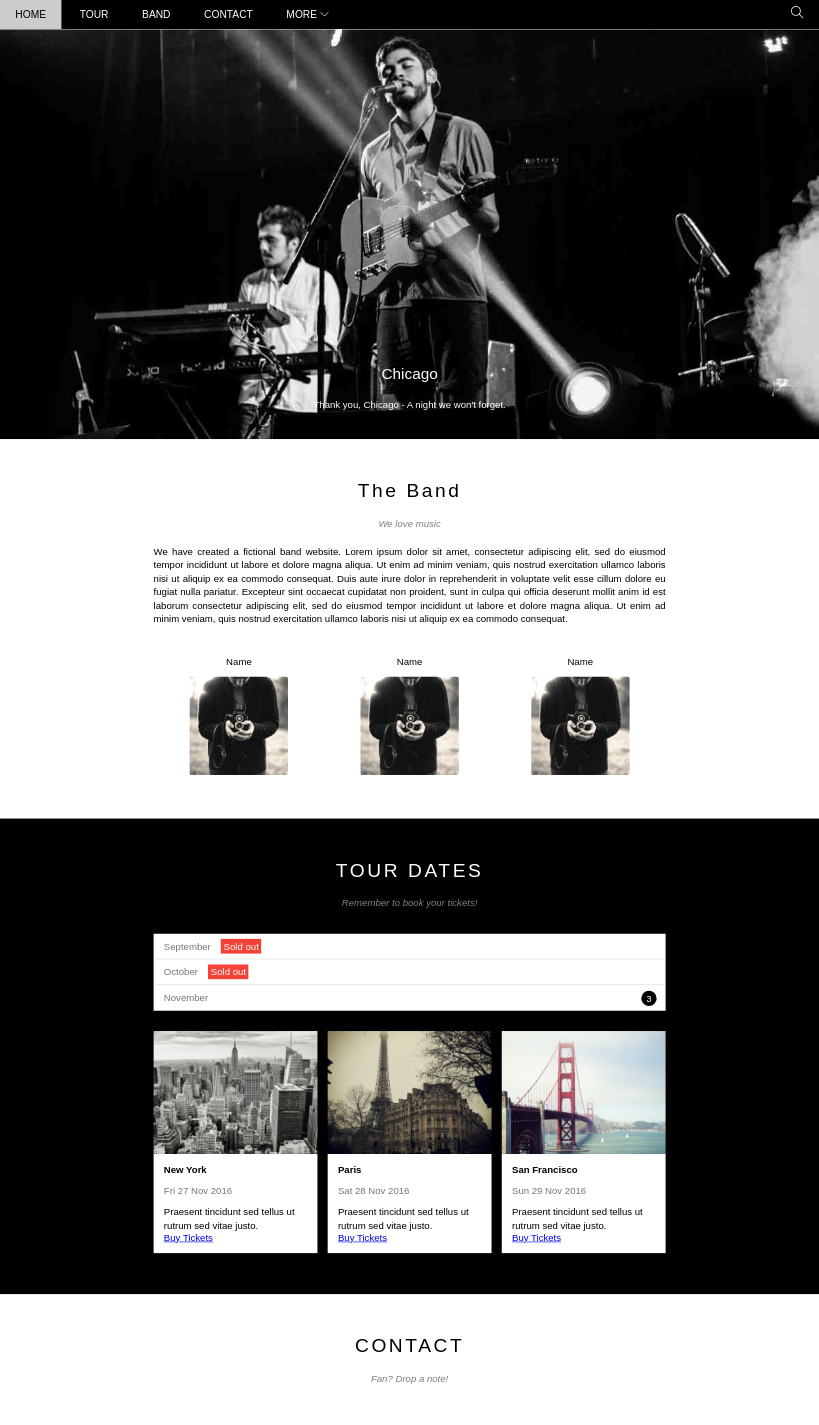
Repository: ducvui2003/LTCB
Page: index.html
An editor plug-in stored every save of this project. The page is shown before and after the next save, followed by the edit.
The browser window is 1280 px wide. The pictures show the whole page, at 64% of full size.

Above is the page before, as saved 2022-01-10 10:33:20.

### index.html
<!DOCTYPE html>
<html lang="en">

<head>
    <meta charset="UTF-8">
    <meta http-equiv="X-UA-Compatible" content="IE=edge">
    <meta name="viewport" content="width=device-width, initial-scale=1.0">
    <title>The Band W3_School</title>
    <link rel="stylesheet" href="./assest/Css/styles.css">
    <link rel="stylesheet" href="./assest/Fonts/themify-icons-font (1)/themify-icons/themify-icons.css">
</head>

<body>
    <div id="main">
        <!-- Begin: Header -->
        <div id="header">
            <!-- Begin: Nav -->
            <ul id="nav">
                <li>
                    <a href="">Home</a>
                </li>
                <li>
                    <a href="">Tour</a>
                </li>
                <li>
                    <a href="">Band</a>
                </li>
                <li>
                    <a href="">Contact</a>
                </li>
                <li>
                    <a href="">
                        More
                        <!-- icons -->
                        <i class="nav-arrow-down ti-angle-down"></i>
                    </a>
                    <ul class="subnav">
                        <li>
                            <a href="">Merchandise</a>
                        </li>
                        <li>
                            <a href="">Extras</a>
                        </li>
                        <li>
                            <a href="">Media</a>
                        </li>
                    </ul>
                </li>
            </ul>
            <!-- End: Nav -->
            <!-- Begin: Search button -->
            <div class="search-button">
                <i class="search-icon ti-search"></i>
            </div>
            <!-- End: Search button -->
        </div>
        <!-- End: Header -->

        <!-- Begin: Slides -->
        <div id="slides">
            <div class="text-content">
                <h2 class="text-heading">Chicago</h2>
                <div class="text-paragraph">Thank you, Chicago - A night we won't forget.
                </div>
            </div>
        </div>
        <!-- End: Slides -->

        <!-- Begin: Content -->
        <div id="content">

            <!-- About section -->
            <div class="content-section">
                <h1 class="section-heading">The Band</h1>
                <p class="section-sub-heading">We love music

                </p>
                <p class="content-text">We have created a fictional band website. Lorem ipsum dolor sit amet, consectetur adipiscing elit, sed do eiusmod tempor incididunt ut labore et dolore magna aliqua. Ut enim ad minim veniam, quis nostrud exercitation ullamco laboris nisi
                    ut aliquip ex ea commodo consequat. Duis aute irure dolor in reprehenderit in voluptate velit esse cillum dolore eu fugiat nulla pariatur. Excepteur sint occaecat cupidatat non proident, sunt in culpa qui officia deserunt mollit anim
                    id est laborum consectetur adipiscing elit, sed do eiusmod tempor incididunt ut labore et dolore magna aliqua. Ut enim ad minim veniam, quis nostrud exercitation ullamco laboris nisi ut aliquip ex ea commodo consequat.</p>

                <!-- Team section -->
                <div class="member-list">
                    <div class="member-item">
                        <p class="member-name">Name</p>
                        <img src="./assest/Img/Teams/membersAvatar.jpg" alt="Name" class="member-avatar">
                    </div>

                    <div class="member-item">
                        <p class="member-name">Name</p>
                        <img src="./assest/Img/Teams/membersAvatar.jpg" alt="Name" class="member-avatar">
                    </div>

                    <div class="member-item">
                        <p class="member-name">Name</p>
                        <img src="./assest/Img/Teams/membersAvatar.jpg" alt="Name" class="member-avatar">
                    </div>
                    <div class="clear"></div>
                </div>
            </div>

            <!-- Tour section -->
            <div class="tour-section">
                <div class="content-section">
                    <h1 class=" text-white section-heading">TOUR DATES</h1>
                    <p class="text-white section-sub-heading">Remember to book your tickets!</p>

                    <!-- Ticket-list -->
                    <ul class="ticket-list">
                        <li>September<span class="sold-out">Sold out</span></li>
                        <li>October<span class="sold-out">Sold out</span></li>
                        <li>November <span class="quantity">3</span></li>
                    </ul>

                    <!-- Places -->
                    <div class="place-list">
                        <!-- Place 1 -->
                        <div class="place-ticket">
                            <img src="./assest/Img/Places/place1.jpg" alt="New York" class="place-img">
                            <div class="place-body">
                                <h3 class="place-heading">New York</h3>
                                <p class="place-time">Fri 27 Nov 2016</p>
                                <p class="place-desc">Praesent tincidunt sed tellus ut rutrum sed vitae justo.</p>
                                <a href="#" class="buy-ticket">Buy Tickets</a>
                            </div>
                        </div>
                        <!-- Place 2 -->
                        <div class="place-ticket">
                            <img src="./assest/Img/Places/place2.jpg" alt="Paris" class="place-img">
                            <div class="place-body">
                                <h3 class="place-heading">Paris</h3>
                                <p class="place-time">Sat 28 Nov 2016</p>
                                <p class="place-desc">Praesent tincidunt sed tellus ut rutrum sed vitae justo.</p>
                                <a href="#" class="buy-ticket">Buy Tickets</a>
                            </div>
                        </div>
                        <!-- Place 3 -->
                        <div class="place-ticket">
                            <img src="./assest/Img/Places/place3.jpg" alt="San Francisco" class="place-img">
                            <div class="place-body">
                                <h3 class="place-heading">San Francisco</h3>
                                <p class="place-time">Sun 29 Nov 2016</p>
                                <p class="place-desc">Praesent tincidunt sed tellus ut rutrum sed vitae justo.</p>
                                <a href="#" class="buy-ticket">Buy Tickets</a>
                            </div>
                        </div>
                        <div class="clear"></div>
                    </div>
                </div>
            </div>

            <!-- Contact section -->
            <div class="content-section">
                <h1 class="section-heading">CONTACT</h1>
                <p class="section-sub-heading">Fan? Drop a note! </p>

            </div>

            <!-- End: Content -->
        </div>
        <div id="footer"></div>
</body>

</html>

### assest/Css/styles.css
* {
    padding: 0;
    margin: 0;
    box-sizing: border-box;
}

html {
    font-family: Arial, Helvetica, sans-serif;
}

.clear {
    clear: both;
}


/* Dung cho chu mau trang */

.text-white {
    color: white !important;
}

#main {}

#header {
    position: fixed;
    top: 0;
    right: 0;
    left: 0;
    /* fixed đang nổi lên nó sẽ nhường vị trí cho div slides tiếp theo */
    height: 46px;
    background-color: black;
    z-index: 1;
    /* dùng để thêm vào thẻ fixed nhằm đẩy block lên trên các block khác theo chiều cao, giá trị là 0, 1,... */
}

#nav {
    display: inline-block;
    /* display để thẻ nav chỉ dài đúng nội dung của nó thôi */
}

#nav,
.subnav {
    list-style: none;
}

#nav>li {
    display: inline-block;
}

#nav li {
    position: relative;
}

#nav>li>a {
    color: white;
    text-transform: uppercase;
    /* chinh chu thuong thanh hoa */
}

#nav li a {
    text-decoration: none;
    line-height: 46px;
    padding: 0 24px;
    display: block;
}

#nav li:hover .subnav {
    display: block;
}

#nav>li:hover>a,
#nav .subnav li:hover a {
    background-color: #ccc;
    color: black;
}

#nav li:hover a {
    /* line-height: 46px; */
}

#nav .subnav {
    display: none;
    position: absolute;
    top: 46px;
    background-color: #fff;
    box-shadow: 0 0 10px rgba(0, 0, 0, 0.3);
}

#nav .subnav li a {
    color: black;
    padding: 0 16px;
    line-height: 38px;
    width: 160px;
}

#nav .nav-arrow-down {
    font-size: 14px;
}

#header .search-button {
    float: right;
    /* thẻ search-button là thẻ div, có tính kế thừa chiều ngang, nên khi float vào sẽ vô hiệu hoá tính kế thừa chiều ngang đó */
    line-height: 46px;
    padding: 0 24px;
}

#header .search-button:hover {
    background-color: #f44336;
    cursor: pointer;
    /* Dùng để thay đổi con trỏ chuột khi di vào */
}

#header .search-icon {
    color: white;
    font-size: 20px;
}

#slides {
    /* min-height: 1000px; */
    /* background-color: pink; */
    margin-top: 46px;
    padding-top: 50%;
    /* 50% chieu ngang cua chinh the do */
    background: url('/assest/Img/Slides/ChicagoPicture.jpg') top center / cover no-repeat;
    /* shorthand */
    position: relative;
}

#slides .text-content {
    position: absolute;
    bottom: 46px;
    left: 50%;
    /* Cách lề trái 50% chiều ngang */
    transform: translateX(-50%);
    /* Dùng để lùi thẻ theo trục X 50% chiều dài -> Mục đích kết hợp vs transform để căn giữa block */
    color: white;
    text-align: center;
    /* Dùng để căn giữa content, ko dùng để căn block */
    /* cách 2: Thêm width: 100% */
    /* /* cách 3 left: 0 right: 0; */
}

#slides .text-heading {
    font-weight: 500;
    /* dùng để điều chỉnh lại độ dày của chữ, giá trị từ 100-1000  */
    font-size: 24px;
    margin-bottom: 25px;
}

#slides .text-paragraph {
    font-size: 15px;
}

#content {}

#content .content-section {
    width: 800px;
    padding: 64px 0;
    margin-left: auto;
    margin-right: auto;
}

#content .section-heading {
    font-size: 30px;
    font-weight: 500;
    text-align: center;
    letter-spacing: 4px;
}

#content .section-sub-heading {
    font-size: 15px;
    text-align: center;
    margin-top: 25px;
    font-style: italic;
    opacity: 0.5;
}

#content .content-text {
    font-size: 15px;
    margin-top: 25px;
    text-align: justify;
    /* Can deu van ban */
    line-height: 1.4;
    /* Khoang cach giua 2 hang chu */
}

#content .member-list {
    margin-top: 48px;
    /* overflow: hidden; */
}

#content .member-item {
    float: left;
    width: calc(100% /3);
    text-align: center;
    /* Can hinh voi chu */
}

#content .member-name {
    font-size: 15px;
}

#content .member-avatar {
    margin-top: 15px;
    width: 154px;
    /* Dung the <img> thì chỉ cần đặt 1 chiều */
    border-radius: 4px;
    /* Dùng để tạo bo góc của ảnh */
}


/* Tour-section */

#content .tour-section {
    background-color: black;
}


/* Ticket-list */

.ticket-list {
    background-color: white;
    margin-top: 40px;
}

.ticket-list li {
    font-size: 15px;
    padding: 11px 16px;
    border-bottom: 1px solid #ddd;
    color: #757575;
    list-style: none;
}

.ticket-list .sold-out {
    color: white;
    background-color: #f44336;
    margin-left: 16px;
    padding: 3px 4px;
}

.ticket-list .quantity {
    float: right;
    width: 24px;
    height: 24px;
    border-radius: 50%;
    /* Tao bop goc deu de co hinh tron */
    text-align: center;
    line-height: 24px;
    background-color: black;
    color: white;
    margin: -2px;
    /* Có thẻ float nên có thuộc tính block -> xét đc width, height, dùng đc margin (-) */
}


/* Plac-list */

.place-list {
    margin: 32px -8px 0px -8px;
}

.place-ticket {
    float: left;
    width: calc(100% / 3);
    padding: 0 8px;
}

.place-img {
    width: 100%;
    display: block;
}

.place-img:hover {
    opacity: 0.6;
}

.place-body {
    background-color: white;
    padding: 16px;
    font-size: 15px;
    /* font-size có tính kế thừa */
}

.place-heading {
    font-size: 15px;
    font-weight: 600;
}

.place-time {
    margin-top: 15px;
    color: #757575;
}

.place-desc {
    margin-top: 15px;
    line-height: 1.4;
}

.buy-ticket {}

#footer {}

Loaded but not shown: assest/Fonts/themify-icons-font (1)/themify-icons/themify-icons.css (common file)

After the next save:
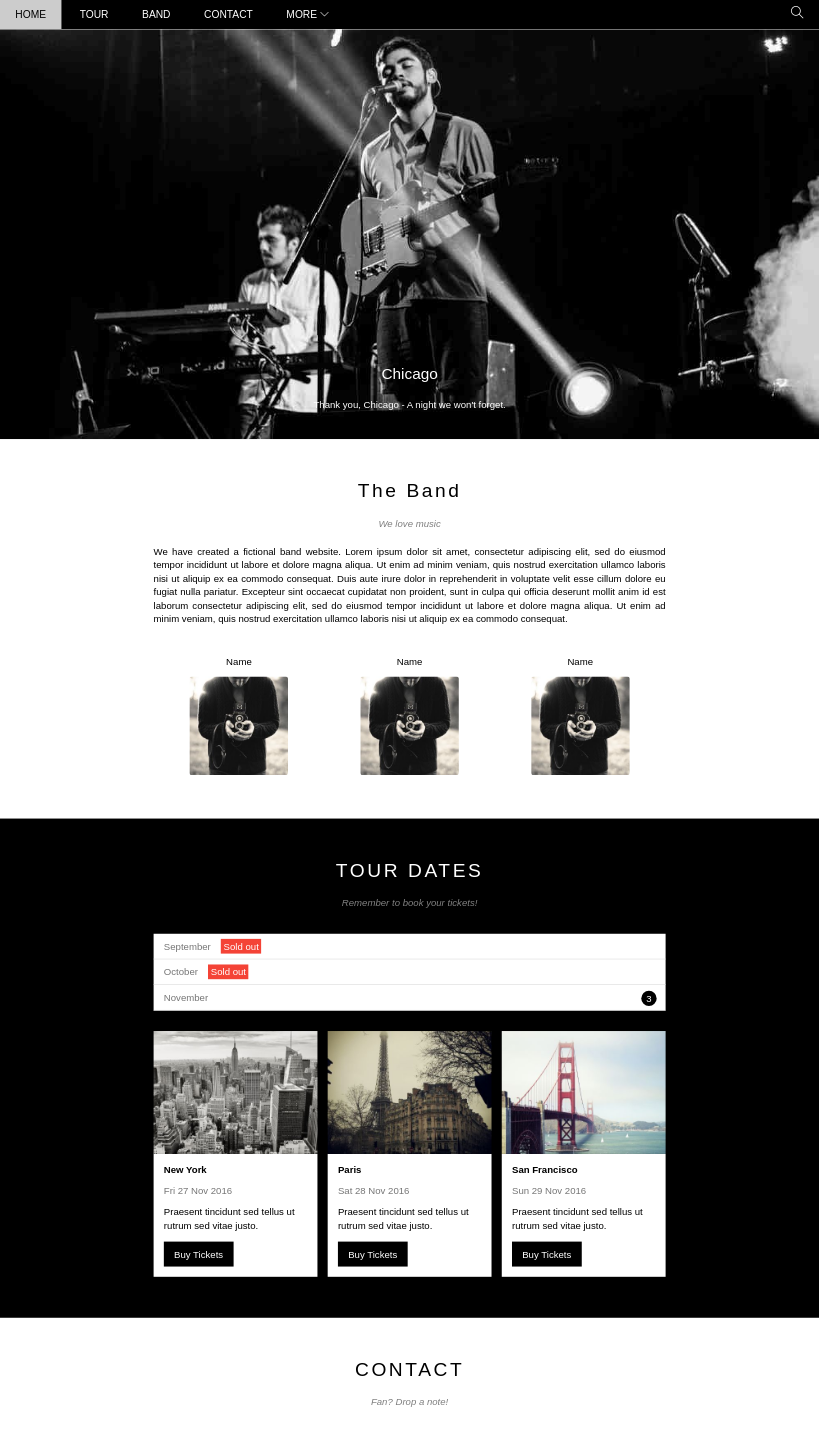
Saved 4 min 21 s later.
--- a/assest/Css/styles.css
+++ b/assest/Css/styles.css
@@ -296,6 +296,13 @@
     line-height: 1.4;
 }
 
-.buy-ticket {}
+.buy-ticket {
+    color: white;
+    background-color: black;
+    text-decoration: none;
+    display: inline-block;
+    padding: 11px 16px;
+    margin-top: 15px;
+}
 
 #footer {}
